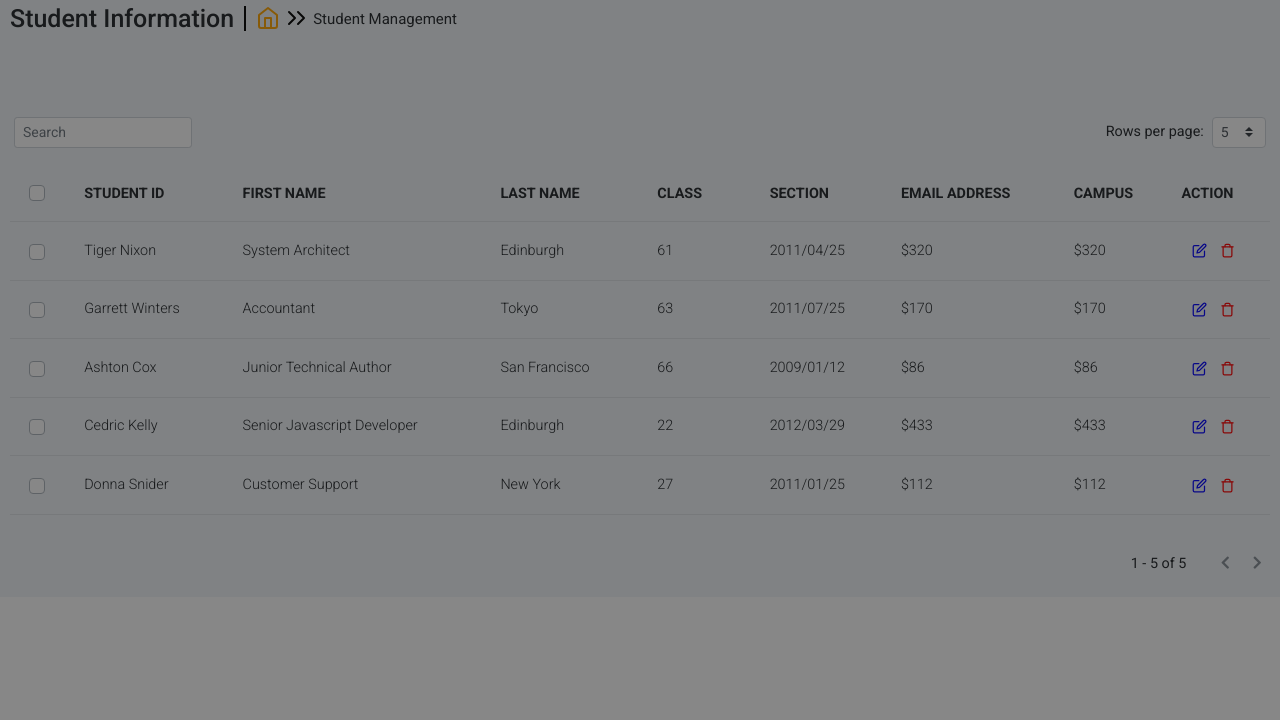
Repository: deepakrajput1998/hestabit_assignment
Page: /
An editor plug-in stored every save of this project. The page is shown before and after the next save, followed by the edit.
The browser window is 1280 px wide. The page is 1285 px wide, so the pictures cover 1285 px, including what lies to the right of the window. The pictures show the whole page.
The project was rebuilt for these pictures with package versions that can differ from the ones it lists, and the page was loaded fresh each time.

Above is the page before, as saved 2021-07-25 05:36:57.

### src/index.js
import React from 'react';
import ReactDOM from 'react-dom';
import './index.css';
import App from './App';
import reportWebVitals from './reportWebVitals';
import "@fortawesome/fontawesome-free/css/all.min.css";
import "bootstrap-css-only/css/bootstrap.min.css";
import "mdbreact/dist/css/mdb.css";
ReactDOM.render(
  <React.StrictMode>
    <App />
  </React.StrictMode>,
  document.getElementById('root')
);

// If you want to start measuring performance in your app, pass a function
// to log results (for example: reportWebVitals(console.log))
// or send to an analytics endpoint. Learn more: https://bit.ly/CRA-vitals
reportWebVitals();

### src/Pages/StudentListing/StudentListing.js
import React from 'react'
import classes from "./StudentListing.module.css";
import {Home ,ChevronRight} from 'react-feather'
import DataTable from '../../Component/Common/DataTable/DataTable';
import { Sidedrawer } from '../../Component/Sidedrawer/Sidedrawer';
import { useRef } from 'react';
import Backdrop from '../../Component/Common/Backdrop/Backdrop';
const StudentListing = () => {
   const sideDrawerRef= useRef()
   const backDropRef= useRef()
    return (
      <div>
        <Backdrop backDropRef={backDropRef} />
        <Sidedrawer backDropRef={backDropRef} sideDrawerRef={sideDrawerRef} />
        <div className={classes.StudentListing_header}>
          <span className={classes.StudentListing_title}>
            Student Information
          </span>
          <div className={classes.StudentListing_seprator}></div>
          <span style={{ marginTop: "5px" }}>
            {" "}
            <Home color="orange" />
          </span>
          <span style={{ marginTop: "5px" }}>
            {" "}
            <ChevronRight color="black" />
            <ChevronRight style={{ marginLeft: "-15px" }} color="black" />
          </span>
          <span className={classes.StudentListing_title2}>
            Student Management
          </span>
        </div>
        <div className="">
          <DataTable sideDrawerRef={sideDrawerRef} />
        </div>
      </div>
    );
}

export default StudentListing

### src/Pages/StudentListing/StudentListing.module.css
.StudentListing_title{
    font-size: 25px;
    font-weight: 500;
}
.StudentListing_title2{
    font-size: 15px;
    font-weight: 400;
     margin-block: auto;
}
.StudentListing_seprator{
    height: 25px;
    width:2px;
    background-color: black;
    margin-block: auto;
    margin-inline: 10px;
}
.StudentListing_header{
    display: flex;
    margin-bottom: 5%;
}

### src/Component/Common/DataTable/DataTable.js
import React from "react";
import { MDBDataTableV5 } from "mdbreact";
import { Edit, Trash } from "react-feather";
import { useEffect } from "react";

export default function DataTable({sideDrawerRef,...rest}) {

    function openNav() {
    sideDrawerRef.current.style.width = "350px";
    rest.backDropRef.current.style.display='block'
    }
  const [datatable, seatatable] = React.useState({
    columns: [
      {
        label: "STUDENT ID",
        field: "sid",
        width: 150,
        attributes: {
          "aria-controls": "DataTable",
          "aria-label": "Name",
        },
      },
      {
        label: "FIRST NAME",
        field: "fname",
        width: 270,
      },
      {
        label: "LAST NAME",
        field: "lname",
        width: 270,
      },
      {
        label: "CLASS",
        field: "class",
        width: 200,
      },
      {
        label: "SECTION",
        field: "section",
        sort: "asc",
        width: 100,
      },
      {
        label: "EMAIL ADDRESS",
        field: "email",
        sort: "disabled",
        width: 150,
      },
      {
        label: "CAMPUS",
        field: "campus",
        sort: "disabled",
        width: 100,
      },
      {
        label: "ACTION",
        field: "action",
        sort: "disabled",
        width: 100,
      },
    ],
    rows: [
      {
        sid: "Tiger Nixon",
        fname: "System Architect",
        lname: "Edinburgh",
        class: "61",
        section: "2011/04/25",
        email: "$320",
        campus: "$320",
        action: (
          <>
            <Edit style={{cursor:'pointer', marginInline:'10px'}} color='blue' size={15} />{" "}
            <Trash color='red' size={15} />
          </>
        ),
      },
      {
        sid: "Garrett Winters",
        fname: "Accountant",
        lname: "Tokyo",
        class: "63",
        section: "2011/07/25",
        email: "$170",
        campus: "$170",
        action: (
          <>
            <Edit style={{cursor:'pointer', marginInline:'10px'}} onClick={()=>{
                openNav()
            }} color='blue' size={15} /> <Trash color='red'  size={15} />
          </>
        ),
      },
      {
        sid: "Ashton Cox",
        fname: "Junior Technical Author",
        lname: "San Francisco",
        class: "66",
        section: "2009/01/12",
        email: "$86",
        campus: "$86",
        action: (
          <>
            <Edit style={{cursor:'pointer', marginInline:'10px'}} color='blue' size={15} /> <Trash color='red'  size={15} />
          </>
        ),
      },
      {
        sid: "Cedric Kelly",
        fname: "Senior Javascript Developer",
        lname: "Edinburgh",
        class: "22",
        section: "2012/03/29",
        email: "$433",
        campus: "$433",
        action: (
          <>
            <Edit style={{cursor:'pointer', marginInline:'10px'}} color='blue' size={15} /> <Trash color='red'  size={15} />
          </>
        ),
      },

      {
        sid: "Donna Snider",
        fname: "Customer Support",
        lname: "New York",
        class: "27",
        section: "2011/01/25",
        email: "$112",
        campus: "$112",
        action: (
          <>
            <Edit style={{cursor:'pointer', marginInline:'10px'}} color='blue' size={15} /> <Trash color='red'  size={15} />
          </>
        ),
      },
    ],
  });
  const [checkbox1, setCheckbox1] = React.useState("");

  const showLogs2 = (e) => {
    setCheckbox1(e);
  };

  return (
    <>
      <MDBDataTableV5
        hover
        entriesOptions={[5, 20, 25]}
        entries={5}
        pagesAmount={4}
        data={datatable}
        checkbox
        headCheckboxID="id41"
        bodyCheckboxID="checkboxes41"
        getValueCheckboxes={(e) => {
          showLogs2(e);
        }}
        getValueAllCheckBoxes={(e) => {
          showLogs2(e);
        }}
        multipleCheckboxes
        filledCheckboxes
        pagingTop
        searchTop
        searchBottom={false}

      />
    </>
  );
}

### src/Component/Sidedrawer/Sidedrawer.js
import React from 'react'
import { useRef } from 'react';
import classes from "./Sidedrawer.module.css";

export const Sidedrawer = ({onOpenClick,...rest}) => {


    function closeNav() {
     rest.sideDrawerRef.current.style.width = "0";
    }
    return (
      <div>
        <div
          ref={rest.sideDrawerRef}
          id="mySidenav"
          className={classes.sidenav}
        >
          <div style={{ display: "flex" }}>
            {" "}
            <span className={classes.sidenav_title} >Edit Student</span>
            <span
              href="javascript:void(0)"
              className={classes.closebtn}
              onClick={() => {
                closeNav();
              }}
            >
              &times;
            </span>
          </div>
          <div className={classes.sidenav_container}>
           hi
          </div>
        </div>
      </div>
    );
}

### src/Component/Common/Backdrop/Backdrop.js
import React from "react";
import classes from "./Backdrop.module.css";
const Backdrop = ({ onCancelHandler=()=>{}, ...rest }) => {
  return (
    <div
      ref={rest.backDropRef}
      onClick={() => onCancelHandler()}
      className={classes.BackDrop}
    ></div>
  );
};
export default Backdrop;

### src/Component/Sidedrawer/Sidedrawer.module.css
.sidenav {
  height: 100%;
  width: 0;
  position: fixed;
  z-index: 2;
  top: 0;
  right: 0;
  background-color: #fff;
  overflow-x: hidden;
  transition: 0.5s;


}

.sidenav_container{

 padding: 18px;
 padding-top: 60px;
}





.sidenav .closebtn {
  position: absolute;
  top: -5px;
  right: 5px;
  font-size: 36px;
 text-decoration: none;
  font-size: 35px;
  color: #818181;
  transition: 0.3s;
      cursor: pointer;
}
.closebtn :hover{
    color: black;

}

@media screen and (max-height: 450px) {
  .sidenav {padding-top: 15px;}
  .sidenav a {font-size: 18px;}
}
.sidenav_title{
    font-weight: 400;
    font-size: 20px;
    margin-inline: 20px;
}

### src/Component/Common/Backdrop/Backdrop.module.css
.BackDrop {
  position: fixed;
  top: 0;
  left: 0;
  right: 0;
  bottom: 0;
  background-color: #111;
  opacity: 0.5;
  z-index: 1;
   transition: 0.5s;
   display: block;
}

Loaded but not shown: public/index.html (common file); src/index.css (common file); src/App.js (common file); src/reportWebVitals.js (common file); src/App.css (common file)

After the next save:
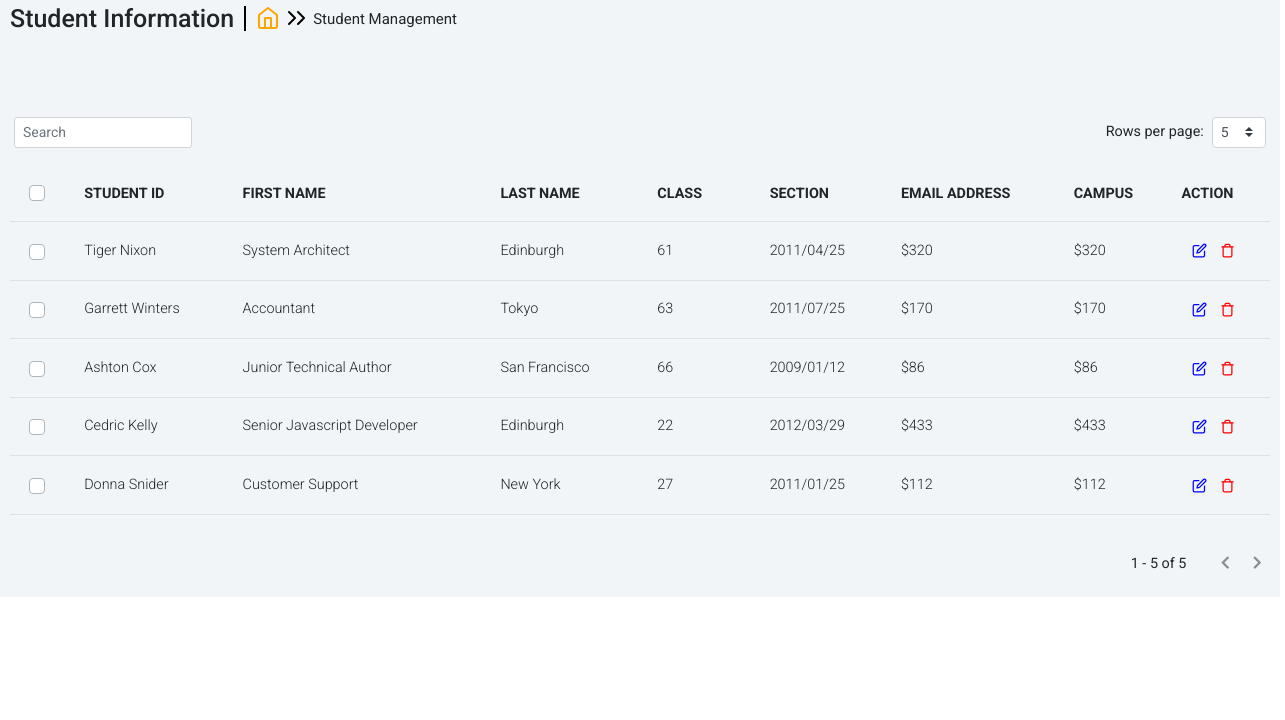
Saved 15 s later.
--- a/src/Component/Common/Backdrop/Backdrop.module.css
+++ b/src/Component/Common/Backdrop/Backdrop.module.css
@@ -8,5 +8,5 @@
   opacity: 0.5;
   z-index: 1;
    transition: 0.5s;
-   display: block;
+   display: none;
 }
